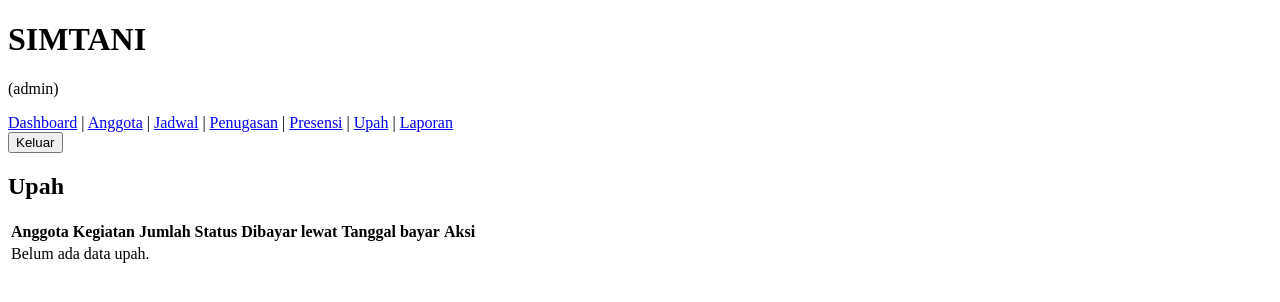
Repository: Senicccc/simtani
Page: http://localhost/admin/upah
The author's editor kept a copy of each file at every save. The page is drawn from the files as they stood at one save, then again after the next save.
The browser window is 1280 px wide. The pictures show the whole page.
The page is served by the project's Laravel application, run on PHP 8.4 with Laravel 12. A made-up administrator, Test User (test@example.com), is signed in. Queries for data that is not in the repository find no rows.

Above is the page before, as saved 2026-09-20 08:18:18.

After the next save:
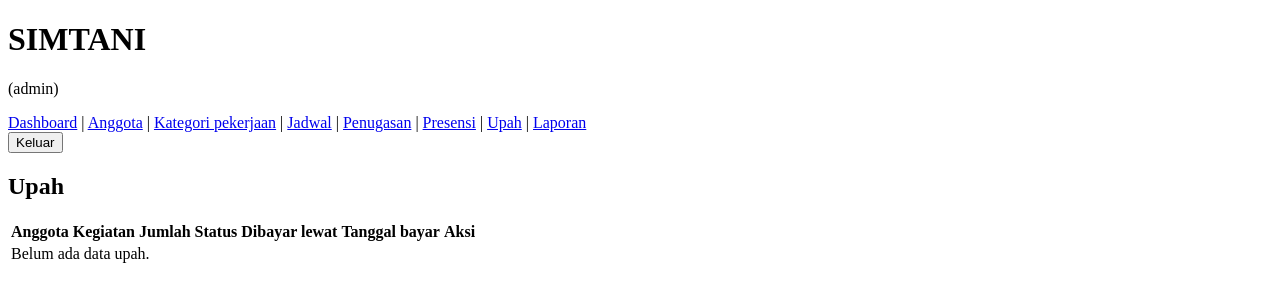
Saved 14 s later.
--- a/resources/views/layouts/backend.blade.php
+++ b/resources/views/layouts/backend.blade.php
@@ -14,6 +14,7 @@
                 @if(auth()->user()->role === 'admin')
                     <a href="{{ route('admin.dashboard') }}">Dashboard</a> |
                     <a href="{{ route('admin.anggota.index') }}">Anggota</a> |
+                    <a href="{{ route('admin.jenis-pekerjaan.index') }}">Kategori pekerjaan</a> |
                     <a href="{{ route('admin.jadwal.index') }}">Jadwal</a> |
                     <a href="{{ route('admin.penugasan.index') }}">Penugasan</a> |
                     <a href="{{ route('admin.presensi.index') }}">Presensi</a> |
